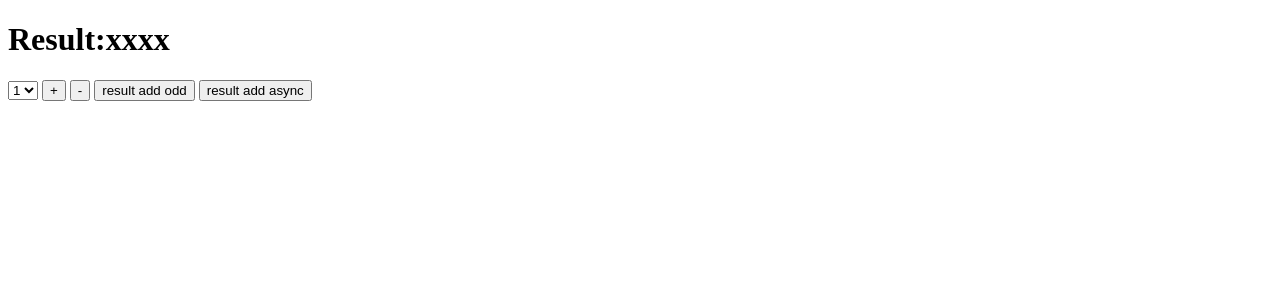
Repository: wenxi0504/React_redux220121
Page: / (app in redux_test/)
These files come from the project's save history. The page is drawn as it stood at one moment and after the next save; the edit follows.
The browser window is 1280 px wide. The pictures show the whole page.
The project was rebuilt for these pictures with package versions that can differ from the ones it lists, and the page was loaded fresh each time. Also part of the build but not shown: redux_test/src/containers/Count/index.js.

Above is the page before, as saved 2022-01-23 14:57:37.

After the next save:
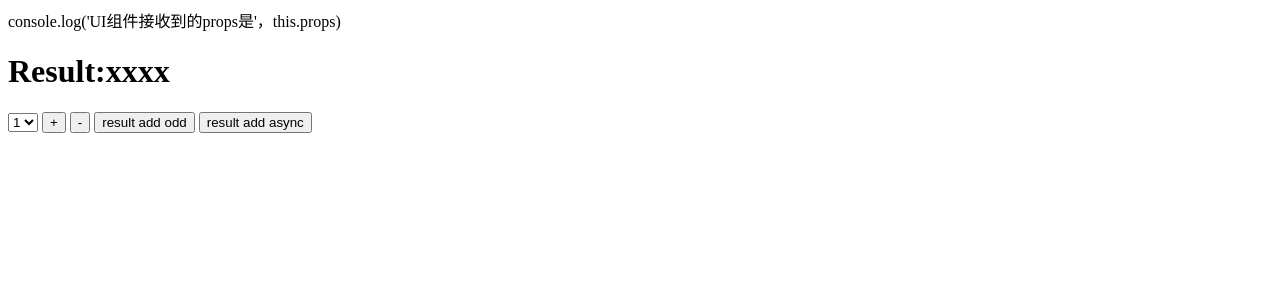
Saved 6 min 9 s later.
--- a/redux_test/src/component/Count/index.jsx
+++ b/redux_test/src/component/Count/index.jsx
@@ -26,6 +26,7 @@ export default class Count extends Component {
     }
   render() {
     return <div>
+        console.log('UI组件接收到的props是'，this.props)
         <h1>Result:xxxx </h1>
         <select ref={c=>this.selectNumber=c}>
         <option value="1">1</option>
